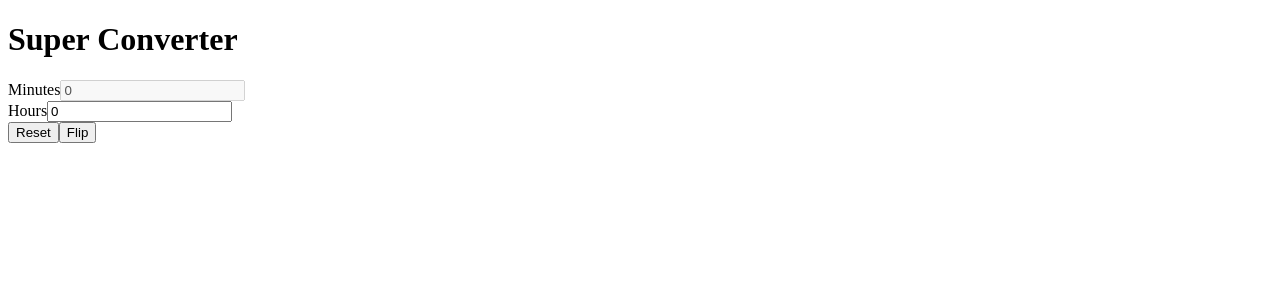
Repository: TaewookKwak/React
Page: index.html
An editor plug-in stored every save of this project. The page is shown before and after the next save, followed by the edit.
The browser window is 1280 px wide. The pictures show the whole page.

Above is the page before, as saved 2021-12-14 22:40:50.

After the next save:
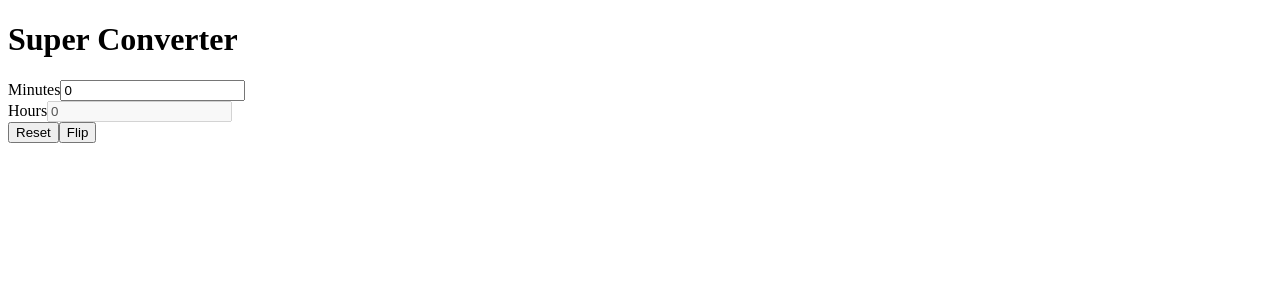
Saved 95 s later.
--- a/index.html
+++ b/index.html
@@ -10,7 +10,7 @@
     const root = document.querySelector("#root");
     function App() {
       const [minutes, setMinutes] = React.useState(0);
-      const [flipped, setFlipped] = React.useState(false);
+      const [flipped, setFlipped] = React.useState(true);
       const onChange = event => {
         setMinutes(event.target.value);
       };
